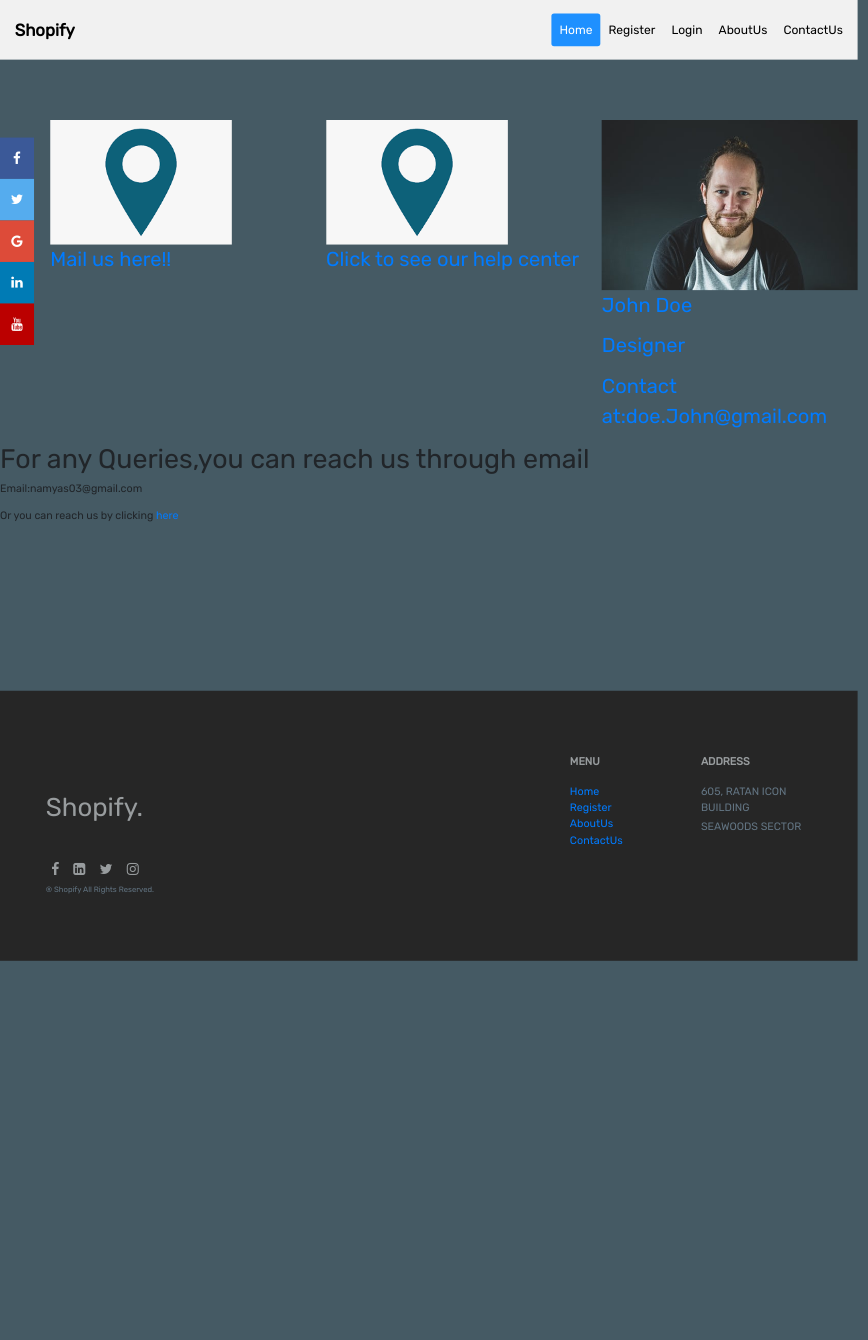
Repository: Yasmeen198/The_Project
Page: http://localhost/Shopify_Frontend/WEB-INF/views/contact.jsp
The author's editor kept a copy of each file at every save. The page is drawn from the files as they stood at one save, then again after the next save.
The browser window is 1280 px wide. The page is 1295 px wide, so the pictures cover 1295 px, including what lies to the right of the window. The pictures show the whole page, at 67% of full size.
Some web libraries are served in a nearby version. The page is served by Tomcat 9. Nobody is signed in. Other server files are loaded and not shown. The template is opened directly, without the code that normally fills it, so the values that code supplies are empty.

Above is the page before, as saved 2021-05-23 11:58:00.

### Shopify_Frontend/src/main/webapp/WEB-INF/views/contact.jsp
<%@include file="CommonHeader.jsp"%>
<!DOCTYPE html>
<html>
<meta name="viewport" content="width=device-width, initial-scale=1">
<link rel="stylesheet" href="https://cdnjs.cloudflare.com/ajax/libs/font-awesome/4.7.0/css/font-awesome.min.css">
<style>
body {margin:0;height:2000px;}

.icon-bar {
  position: fixed;
  top: 50%;
  -webkit-transform: translateY(-50%);
  -ms-transform: translateY(-50%);
  transform: translateY(-50%);
}

.icon-bar a {
  display: block;
  text-align: center;
  padding: 16px;
  transition: all 0.3s ease;
  color: white;
  font-size: 20px;
}

.icon-bar a:hover {
  background-color: #000;
}

.facebook {
  background: #3B5998;
  color: white;
}

.twitter {
  background: #55ACEE;
  color: white;
}

.google {
  background: #dd4b39;
  color: white;
}

.linkedin {
  background: #007bb5;
  color: white;
}

.youtube {
  background: #bb0000;
  color: white;
}

.content {
  margin-left: 75px;
  font-size: 30px;
}
</style>
<body>

<div class="icon-bar">
  <a href="#" class="facebook"><i class="fa fa-facebook"></i></a>
  <a href="#" class="twitter"><i class="fa fa-twitter"></i></a>
  <a href="#" class="google"><i class="fa fa-google"></i></a>
  <a href="#" class="linkedin"><i class="fa fa-linkedin"></i></a>
  <a href="#" class="youtube"><i class="fa fa-youtube"></i></a>
</div>

<div class="content">
<br>
<br>
  <div class="row">
    <div class="col-md-4">
      <div class="thumbnail">
          <a href="mailto:namyas03@gmail.com"><img alt="Mail" src="images/address.jpg"/>
          <div class="caption">
             <p>Mail us here!!</p>
          </div>
        </a>
      </div>
    </div>
    <div class="col-md-4">
      <div class="thumbnail">
        <a href="https://goo.gl/maps/Zr3enuHbfqDWiZFi8"><img alt="Address" src="images/address.jpg"/>
          <div class="caption">
            <p>Click to see our help center</p>
          </div>
        </a>
      </div>
    </div>
    <div class="col-md-4">
      <div class="thumbnail">
        <a href="images/ceo3.jpg" target="_blank">
          <img src="images/ceo3.jpg" alt="Fjords" style="width:100%">
          <div class="caption">
            <p>John Doe</p>
            <p>Designer</p>
            <p>Contact at:doe.John@gmail.com</p>
          </div>
        </a>
      </div>
    </div>
  </div>
</div>

<h1>For any Queries,you can reach us through email</h1>
<p>Email:namyas03@gmail.com</p>
<p>Or you can reach us by clicking <a href="mailto:namyas03@gmail.com">here</a></p>
</div>

</body>
</html>
<%@include file="footer.jsp"%>

### Shopify_Frontend/src/main/webapp/WEB-INF/views/CommonHeader.jsp
<!DOCTYPE html>
<html>
<head>
<meta name="viewport" content="width=device-width, initial-scale=1">
<link rel="stylesheet"
	href="https://maxcdn.bootstrapcdn.com/bootstrap/4.5.2/css/bootstrap.min.css">
<script
	src="https://ajax.googleapis.com/ajax/libs/jquery/3.5.1/jquery.min.js"></script>
<script
	type="https://cdnjs.cloudflare.com/ajax/libs/popper.js/1.16.0/umd/popper.min.js"></script>
<script
	src="https://maxcdn.bootstrapcdn.com/bootstrap/3.4.1/js/bootstrap.min.js"></script>
<style>
* {box-sizing: border-box;}

body {
  margin: 0;
  font-family: Arial, Helvetica, sans-serif;
}

.header {
  overflow: hidden;
  background-color: #f1f1f1;
  padding: 20px 10px;
}

.header a {
  float: left;
  color: black;
  text-align: center;
  padding: 12px;
  text-decoration: none;
  font-size: 18px;
  line-height: 25px;
  border-radius: 4px;
}

.header a.logo {
  font-size: 25px;
  font-weight: bold;
}

.header a:hover {
  background-color: #ddd;
  color: black;
}

.header a.active {
  background-color: dodgerblue;
  color: white;
}

.header-right {
  float: right;
}

@media screen and (max-width: 500px) {
  .header a {
    float: none;
    display: block;
    text-align: left;
  }

  .header-right {
    float: none;
  }
}
</style>
</head>
<body>

<div class="header">
  <a href="index" class="logo">Shopify</a>
  <div class="header-right">
    <a class="active" href="index">Home</a>
    <a href="register">Register</a>
    <a href="Login">Login</a>
    <a href="aboutUs">AboutUs</a>
    <a href="contact">ContactUs</a>
  </div>
</div>


</body>
</html>

### Shopify_Frontend/src/main/webapp/WEB-INF/views/footer.jsp
<!DOCTYPE html>
<html lang="en">
<head>
  <title>Bootstrap 4 Footer with Social icons</title>
  <meta charset="utf-8">
  <meta name="viewport" content="width=device-width, initial-scale=1">
  <link href='https://stackpath.bootstrapcdn.com/bootstrap/4.3.1/css/bootstrap.min.css'>
  <script src='https://stackpath.bootstrapcdn.com/bootstrap/4.3.1/js/bootstrap.bundle.min.js'></script>
  <link href='https://cdnjs.cloudflare.com/ajax/libs/font-awesome/4.7.0/css/font-awesome.min.css'>
  <script src='https://cdnjs.cloudflare.com/ajax/libs/jquery/3.2.1/jquery.min.js'></script>
   <style type="text/css">

 @import url('https://fonts.googleapis.com/css?family=Rubik&display=swap');

 body {
     background: linear-gradient(0deg, #fff, 50%, #DEEEFE);
     font-family: 'Rubik', sans-serif;
     background: #455A64;
     height: 100 !important
 }

 .container-fluid {
     overflow: hidden;
     margin-top: 250px;
     background: #262626;
     color: #627482 !important;
     margin-bottom: 0;
     padding-bottom: 0
 }

 small {
     font-size: calc(12px + (15 - 12) * ((100vw - 360px) / (1600 - 360))) !important
 }

 .bold-text {
     color: #989c9e !important
 }

 .mt-55 {
     margin-top: calc(50px + (60 - 50) * ((100vw - 360px) / (1600 - 360))) !important
 }

 h3 {
     font-size: calc(34px + (40 - 34) * ((100vw - 360px) / (1600 - 360))) !important
 }

 .social {
     font-size: 21px !important
 }

 .rights {
     font-size: calc(10px + (12 - 10) * ((100vw - 360px) / (1600 - 360))) !important
 }
   </style>
</head>
<body>
 <div class="container-fluid pb-0 mb-0 justify-content-center text-light ">
     <footer>
         <div class="row my-5 justify-content-center py-5">
             <div class="col-11">
                 <div class="row ">
                     <div class="col-xl-8 col-md-4 col-sm-4 col-12 my-auto mx-auto a">
                         <h3 class="text-muted mb-md-0 mb-5 bold-text">Shopify.</h3>
                     </div>
                     <div class="col-xl-2 col-md-4 col-sm-4 col-12">
                         <h6 class="mb-3 mb-lg-4 bold-text "><b>MENU</b></h6>
                         <ul class="list-unstyled">
                             <li><a class="active" href="index">Home</a></li>
                             <li><a href="register">Register</a></li>
                             <li><a href="aboutUs">AboutUs</a></li>
                             <li><a href="contact">ContactUs</a></li>
                         </ul>
                     </div>
                     <div class="col-xl-2 col-md-4 col-sm-4 col-12">
                         <h6 class="mb-3 mb-lg-4 text-muted bold-text mt-sm-0 mt-5"><b>ADDRESS</b></h6>
                         <p class="mb-1">605, RATAN ICON BUILDING</p>
                         <p>SEAWOODS SECTOR</p>
                     </div>
                 </div>
                 <div class="row ">
                     <div class="col-xl-8 col-md-4 col-sm-4 col-auto my-md-0 mt-5 order-sm-1 order-3 align-self-end">
                         <p class="social text-muted mb-0 pb-0 bold-text"> <span class="mx-2"><i class="fa fa-facebook" aria-hidden="true"></i></span> <span class="mx-2"><i class="fa fa-linkedin-square" aria-hidden="true"></i></span> <span class="mx-2"><i class="fa fa-twitter" aria-hidden="true"></i></span> <span class="mx-2"><i class="fa fa-instagram" aria-hidden="true"></i></span> </p><small class="rights"><span>&#174;</span> Shopify All Rights Reserved.</small>
                     </div>
                 </div>
             </div>
         </div>
     </footer>
 </div>
  </body>
</html>

After the next save:
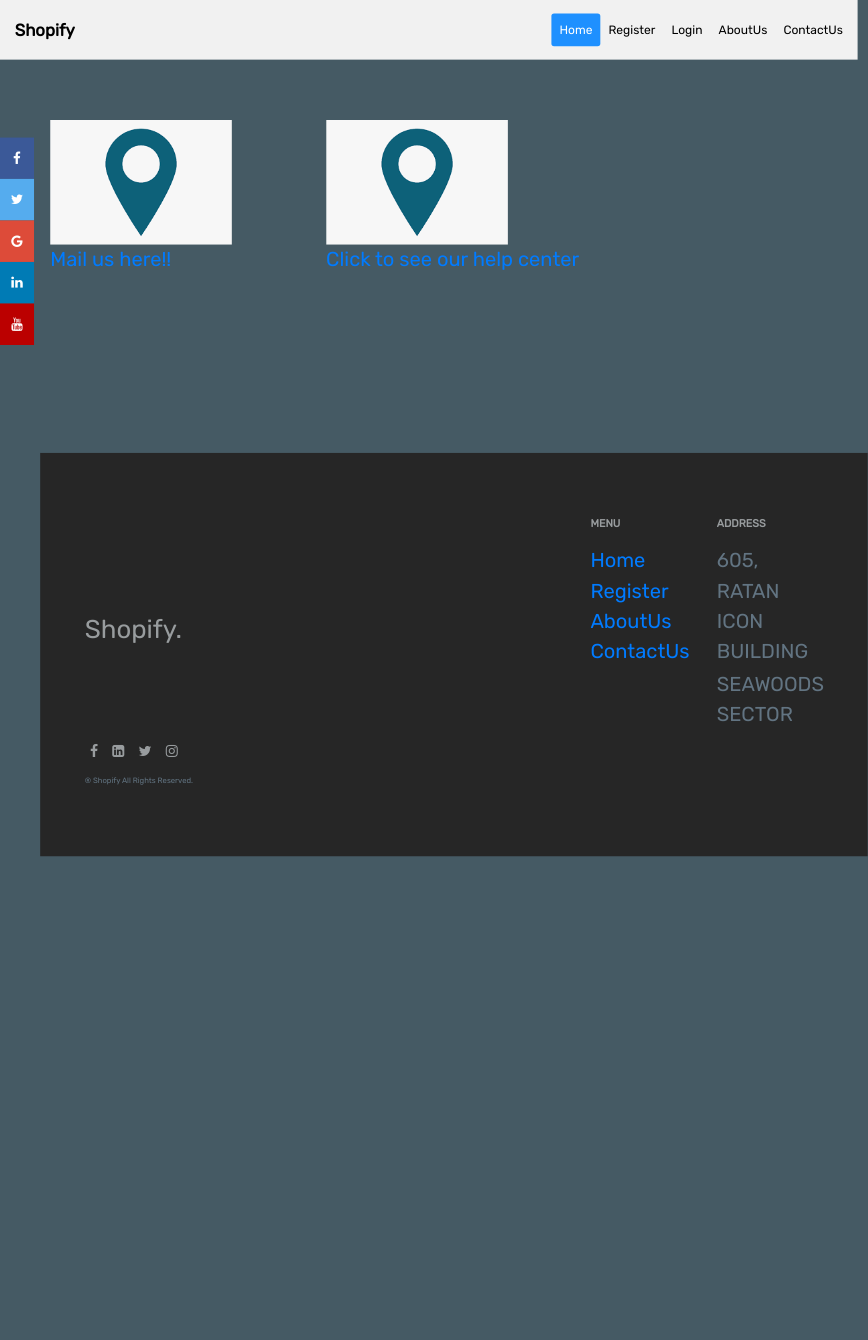
Saved 42 s later.
--- a/Shopify_Frontend/src/main/webapp/WEB-INF/views/contact.jsp
+++ b/Shopify_Frontend/src/main/webapp/WEB-INF/views/contact.jsp
@@ -89,25 +89,9 @@
         </a>
       </div>
     </div>
-    <div class="col-md-4">
-      <div class="thumbnail">
-        <a href="images/ceo3.jpg" target="_blank">
-          <img src="images/ceo3.jpg" alt="Fjords" style="width:100%">
-          <div class="caption">
-            <p>John Doe</p>
-            <p>Designer</p>
-            <p>Contact at:doe.John@gmail.com</p>
-          </div>
-        </a>
-      </div>
-    </div>
-  </div>
-</div>
 
-<h1>For any Queries,you can reach us through email</h1>
-<p>Email:namyas03@gmail.com</p>
-<p>Or you can reach us by clicking <a href="mailto:namyas03@gmail.com">here</a></p>
-</div>
+
+
 
 </body>
 </html>
